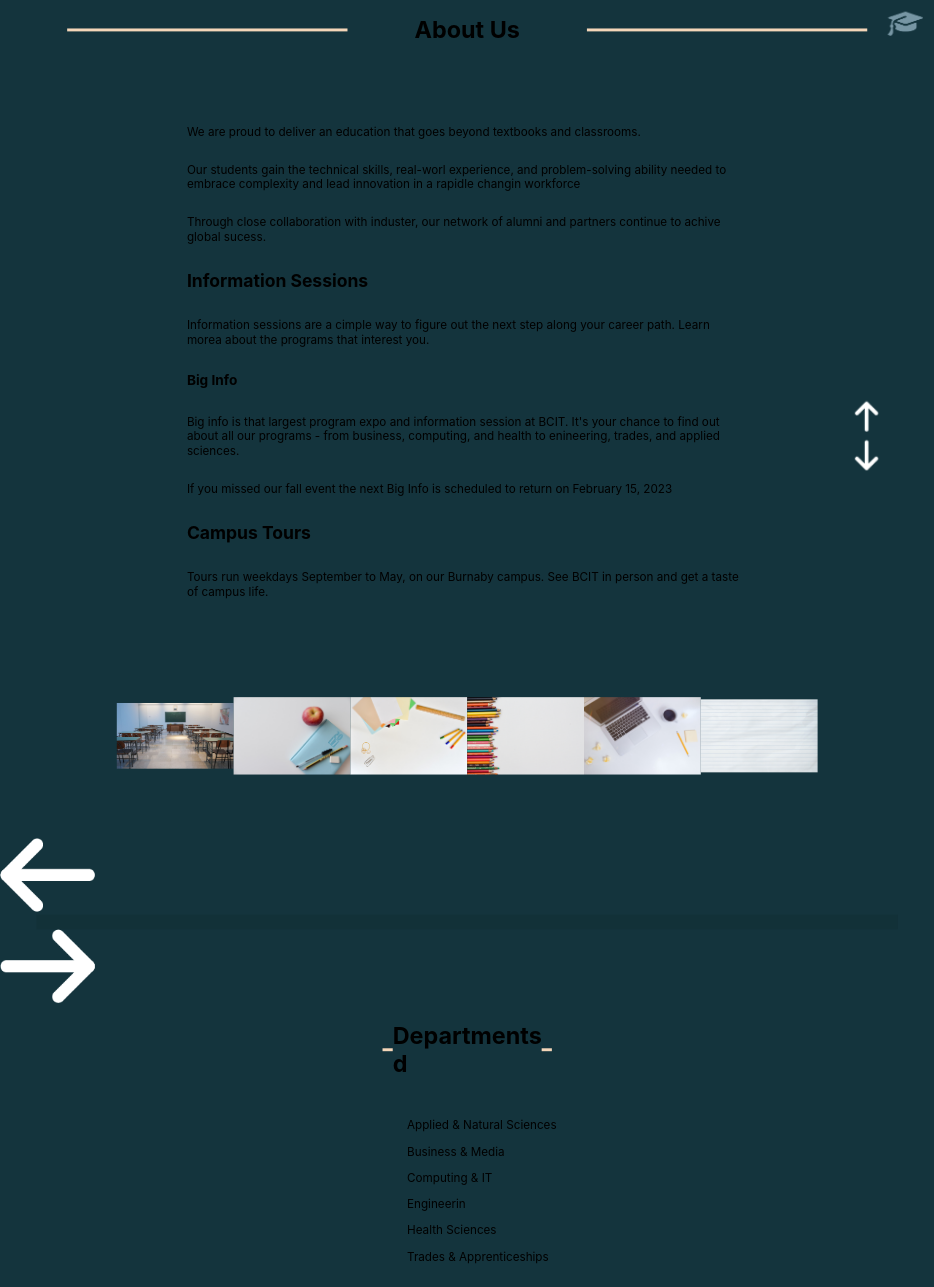
Repository: SaraShio/A01314209_Sara_Shiojima
Page: /about
An editor plug-in stored every save of this project. The page is shown before and after a run of saves, followed by the edit.
The browser window is 1280 px wide. The pictures show the whole page, at 73% of full size.
The project was rebuilt for these pictures with package versions that can differ from the ones it lists, and the page was loaded fresh each time. The framework's server and built-in components were replaced by stand-ins that run in the browser. Also part of the build but not shown: next.config.js.

Above is the page before, as saved 2023-02-08 22:14:20.

### pages/_app.js
import '../styles/globals.css'
import '../styles/variables.css'


function MyApp({ Component, pageProps }) {
  return <Component {...pageProps} />
}

export default MyApp

### pages/about.js
import Head from 'next/head'
import Image from 'next/image'
import styles from '../styles/About.module.css'
import Link from 'next/link'
import Arrow from '../components/Arrow'
import Navbar from '../components/Navbar'

export default function About() {
    return (
        <>
            <head>
                <title>About Us</title>
                <meta name="author" content="MDIA 2109" />
                <meta property="og:title" content="Assignment #1 - About Us Page" />
                <meta property="og:description" content="BCIT Digital Design and Development Diploma" />
                <link rel="icon" href='/favicon.png' />
            </head>

            <main className={styles.main}>
                <Navbar/>
                <header>
                    <div className={styles.header}>
                        <hr className={styles.line}></hr>
                        <h1>About Us</h1>
                        <hr className={styles.line}></hr>
                    </div>
                </header>
                <div className={styles.information}>
                    <div><p>We are proud to deliver an education that goes beyond textbooks and classrooms.</p></div>
                    <div><p>Our students gain the technical skills, real-worl experience, and problem-solving ability needed to embrace complexity and lead innovation in a rapidle changin workforce</p></div>
                    <div><p>Through close collaboration with induster, our network of alumni and partners continue to achive global sucess. </p></div>

                    <div><h2  >Information Sessions</h2></div>
                    <div><p>Information sessions are a cimple way to figure out the next step along your career path. Learn morea about the programs that interest you.</p></div>
                    <div><h3  >Big Info</h3></div>
                    <div><p>Big info is that largest program expo and information session at BCIT. It's  your chance to find out about all our programs - from business, computing, and health to enineering, trades, and applied sciences.</p></div>
                    <div><p  >If you missed our fall event the next Big Info is scheduled to return on February 15, 2023</p></div>
                    <div><h2  >Campus Tours</h2></div>

                    <div><p>Tours run weekdays September to May, on our Burnaby campus. See BCIT in person and get a taste of campus life.</p></div>
                </div>

                <div id="carouselImage" className={styles.carouselImage}>
                    <img className={styles.carousel} src={"carousel-images/0.jpg"} />
                    <img className={styles.carousel} src={"carousel-images/1.jpg"} />
                    <img className={styles.carousel} src={"carousel-images/2.jpg"} />
                    <img className={styles.carousel} src={"carousel-images/3.jpg"} />
                    <img className={styles.carousel} src={"carousel-images/4.jpg"} />
                    <img className={styles.carousel} src={"carousel-images/5.jpg"} />
                </div>

                <div>
                    <img src={'icons/leftArrow.png'} />
                    <div id="testOnImageHere" className={styles.testOnImageHere}></div>
                    <img src={'icons/rightArrow.png'} />
                </div>


                <div className={styles.departments}>
                <div className={styles.department_header}>
                        <hr className={styles.line}></hr>
                        <h1>Departments d</h1>
                        <hr className={styles.line}></hr>
                    </div>
                    <ul className={styles.departmentName}>
                        <li>Applied & Natural Sciences</li>
                        <li>Business & Media</li>
                        <li>Computing & IT</li>
                        <li>Engineerin</li>
                        <li>Health Sciences</li>
                        <li>Trades & Apprenticeships</li>
                    </ul>
                </div>
                <Arrow page="About" />

            </main>
        </>
    )
}

### styles/variables.css
:root{
    --primary-color: #fff;
    --beige: #f4d6b9;
    --ternary-color: #7796A4;
    --teal: #14343d;
    --quinary-color: rgba(16,46,53,0.5);
    }

### styles/About.module.css
.main{
    background-color: var(--teal);
}

.carouselImage{
    height: 200px;
    background-repeat: no-repeat;
    background-size: cover;
    display: flex;
    justify-content: center;
    align-items: center;
    margin: 40px 0px;
}

.carousel{
width: 10rem;
}

.testOnImageHere{
    background-color: rgba(16, 46, 53, 0.5);
    padding: 10px;
    margin: 0px 50px;
}

.header{
display: flex;
justify-content: center;
align-items: center;
}

.department_header{
    display: flex;
    justify-content: center;
    align-items: center;
    }

.line{
    width: 30%;
    height: 0.25rem;
    background-color: var(--beige);
    border: none;
}

.information{
    margin: 10vh 20vw;
    display: flex;
    justify-content: center;
    flex-direction: column;
}


.departments{
    display: flex;
    flex-direction: column;
    align-items: center;
    justify-content: center;
}

.departmentName>li{
    list-style: none;
    margin: 1rem;
}

### components/Arrow/index.js
import styles from './Arrow.module.css'

export default function Arrow({
    page = "home",
}) {
    return (

        page.toLowerCase() === "home" ?
            <div className={styles.arrow}><a><span><img src={'icons/downwardArrow.png'} /></span></a>
            </div> :
            page.toLowerCase() === "about" ?
                <div className={styles.arrow}><a><span><img src={'icons/upwardArrow.png'} /></span></a>
                    <a><span><img src={'icons/downwardArrow.png'} /></span></a>
                </div> :
                page.toLowerCase() === "contact" ?
                    <div className={styles.arrow}><a href="/about"><span><img src={'icons/upwardArrow.png'} /></span></a>
                    </div> :
                    <div className={styles.arrow}><a href="/"><span><img src={'icons/downwardArrow.png'} /></span></a>
                    </div>
    )
}

### components/Navbar/index.js
import styles from './Navbar.module.css'


export default function Navbar() {

    return (
        <>
            <nav className={styles.navbar}>
                <img className={styles.nav_icon} src={'icons/graduation-hat.png'}></img>
            </nav>
        </>
    )
}

### components/Arrow/Arrow.module.css
.arrow{
    bottom:10vh;
    right: 6vw;
    display: flex;
    flex-direction: column;
    position: fixed;
    gap: 0.5rem;
}


.arrow > a > span > img{
    width: 2rem;
}

### components/Navbar/Navbar.module.css
.navbar{
    display: flex;
    position: relative;
}

.nav_icon{
    width: 3rem;
    top: 1rem;
    right: 1rem;
    position: absolute;
}

Loaded but not shown: styles/globals.css (common file)

After the next 2 saves:
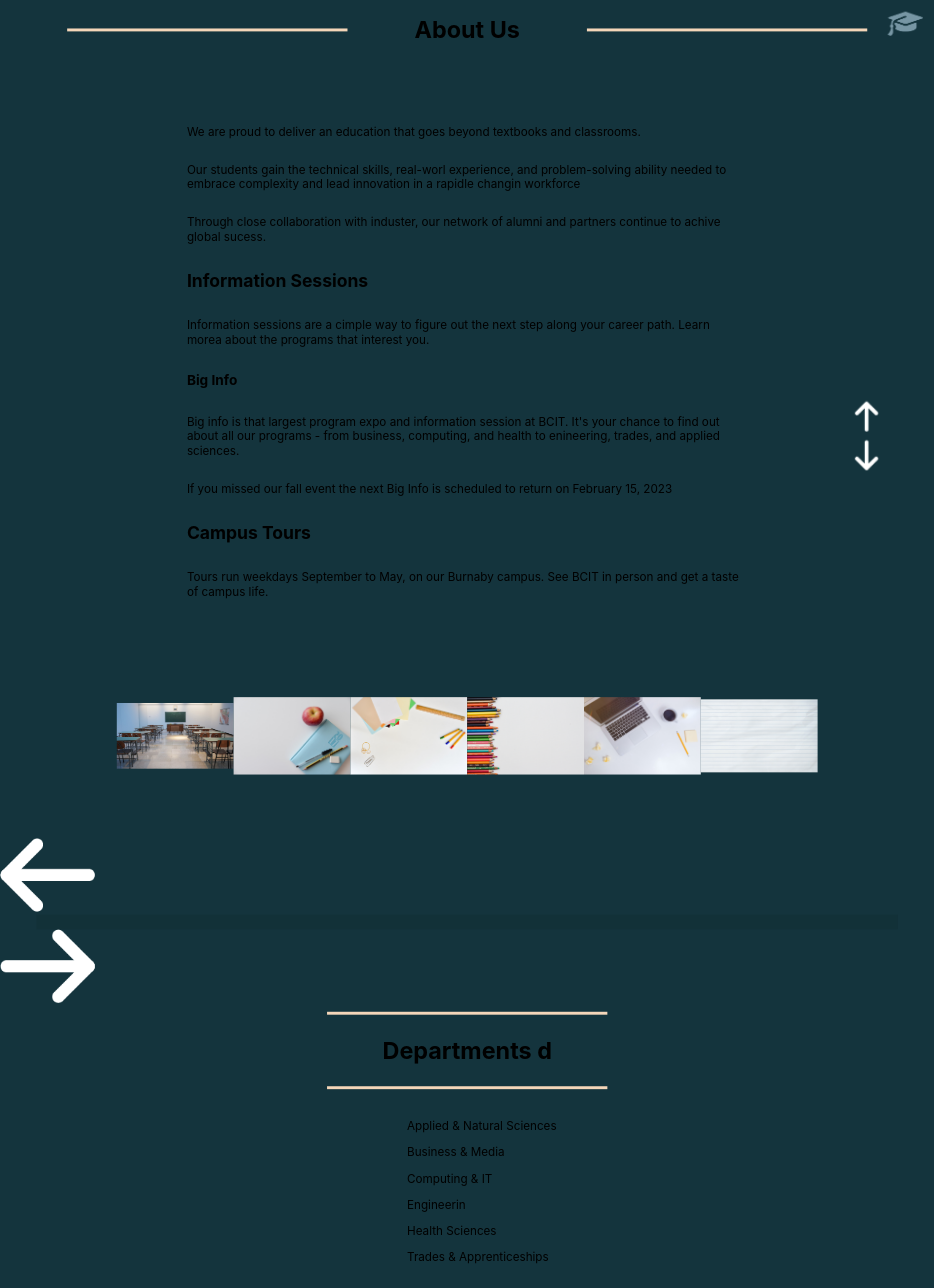
The 2 saves are shown as one change because they came seconds apart.
The last was saved 64 s later.
--- a/pages/about.js
+++ b/pages/about.js
@@ -57,11 +57,9 @@
 
 
                 <div className={styles.departments}>
-                <div className={styles.department_header}>
                         <hr className={styles.line}></hr>
                         <h1>Departments d</h1>
                         <hr className={styles.line}></hr>
-                    </div>
                     <ul className={styles.departmentName}>
                         <li>Applied & Natural Sciences</li>
                         <li>Business & Media</li>
